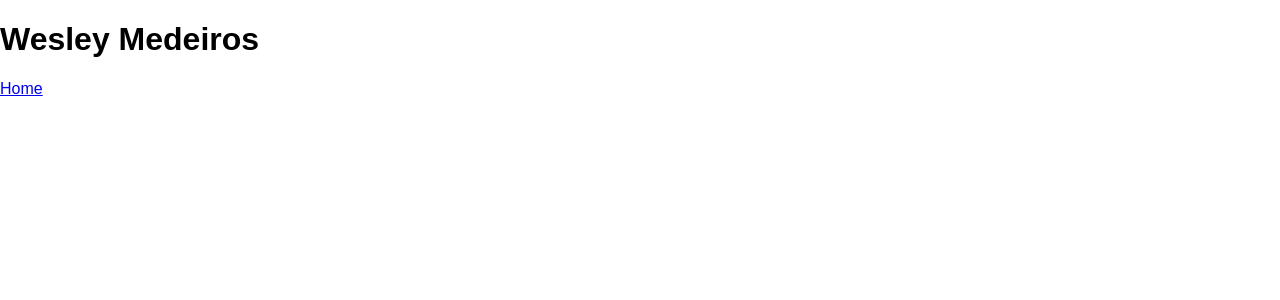
Repository: Luandro-com/wmedeiros
Page: /contato
These files come from the project's save history. The page is drawn as it stood at one moment and after a run of saves; the edit follows.
The browser window is 1280 px wide. The pictures show the whole page.
The project was rebuilt for these pictures with package versions that can differ from the ones it lists, and the page was loaded fresh each time. Also part of the build but not shown: src/components/Header.css.

Above is the page before, as saved 2018-01-30 16:49:38.

### src/components/App.js
import React from 'react'
import {
  BrowserRouter as Router,
  Route,
  Link
} from 'react-router-dom'
import Header from './Header'

const Home = () => (
  <div>
    <h2>Home</h2>
  </div>
)

const About = () => (
  <div>
    <h2>About</h2>
  </div>
)

const Topic = ({ match }) => (
  <div>
    <h3>{match.params.topicId}</h3>
  </div>
)

const Topics = ({ match }) => (
  <div>
    <h2>Topics</h2>
    <ul>
      <li>
        <Link to={`${match.url}/rendering`}>
          Rendering with React
        </Link>
      </li>
      <li>
        <Link to={`${match.url}/components`}>
          Components
        </Link>
      </li>
      <li>
        <Link to={`${match.url}/props-v-state`}>
          Props v. State
        </Link>
      </li>
    </ul>

    <Route path={`${match.url}/:topicId`} component={Topic}/>
    <Route exact path={match.url} render={() => (
      <h3>Please select a topic.</h3>
    )}/>
  </div>
)

const App = () => (
  <Router>
    <div>
      <Header />
      <Route exact path="/" component={Home}/>
      <Route path="/about" component={About}/>
      <Route path="/topics" component={Topics}/>
    </div>
  </Router>
)
export default App

### src/components/Header.js
import React from 'react';
import { Link } from 'react-router-dom';
import './Header.css';

export default () => (
  <header className="Header">
    <h1 className="Header-logo">Wesley Medeiros</h1>
    <div className="Header-nav">
      <Link to="/">Home</Link>
    </div>
  </header>
);

Loaded but not shown: public/index.html (common file); src/index.js (common file); src/index.css (common file); src/registerServiceWorker.js (common file)

After the next 2 saves:
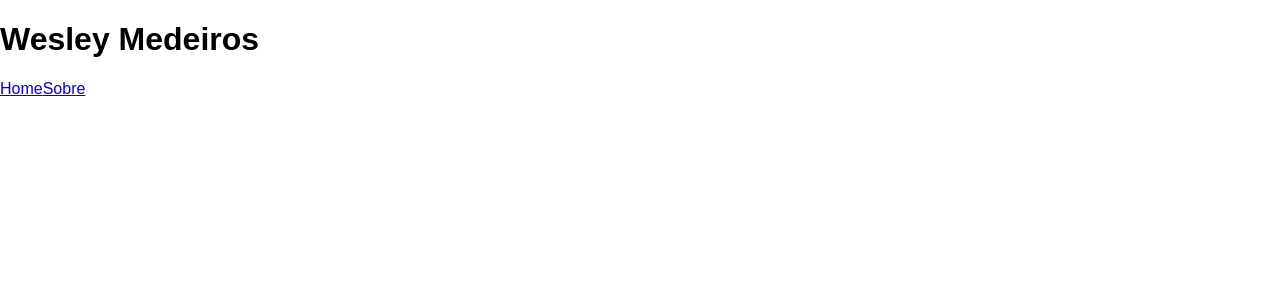
The 2 saves are shown as one change because they came seconds apart.
The last was saved 84 s later.
--- a/src/components/Header.js
+++ b/src/components/Header.js
@@ -7,6 +7,7 @@
     <h1 className="Header-logo">Wesley Medeiros</h1>
     <div className="Header-nav">
       <Link to="/">Home</Link>
+      <Link to="/about">Sobre</Link>
     </div>
   </header>
 );
